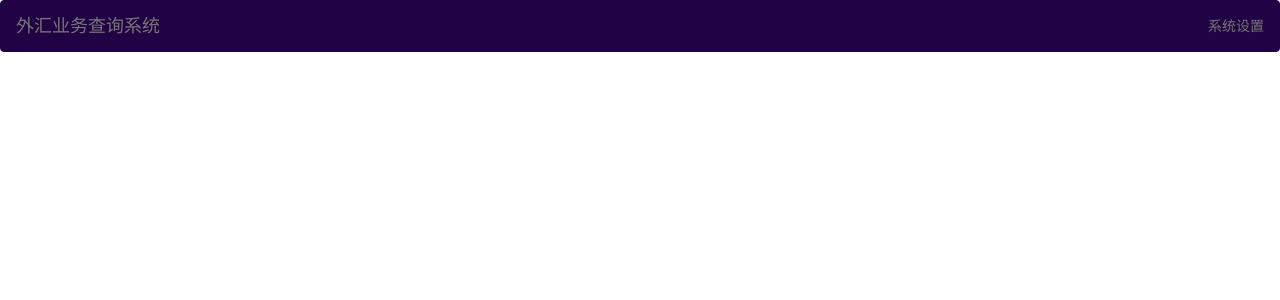
Repository: xyj4421/BG_demo
Page: BG_demo2/WebRoot/index2.html
These files come from the project's save history. The page is drawn as it stood at one moment and after the next save; the edit follows.
The browser window is 1280 px wide. The pictures show the whole page.

Above is the page before, as saved 2015-10-23 03:13:27.

After the next save:
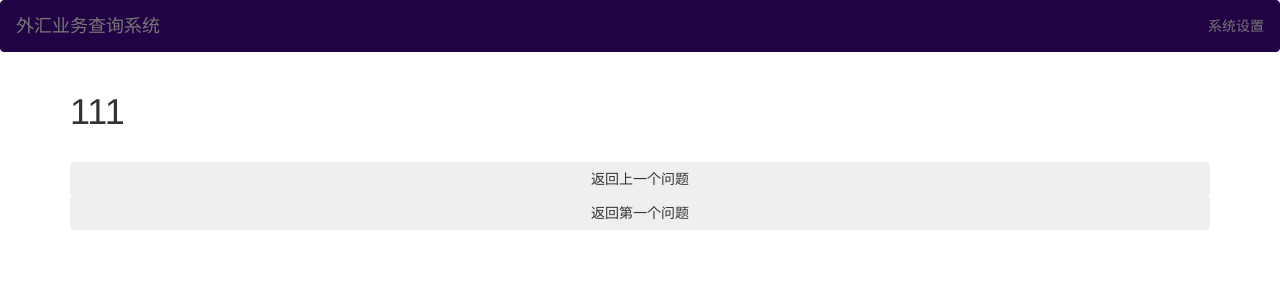
Saved 57 s later.
--- a/BG_demo2/WebRoot/index2.html
+++ b/BG_demo2/WebRoot/index2.html
@@ -79,10 +79,10 @@
 				<div class="span3">
 				</div>
 				<div class="span6">
-					<h1></h1>
+					<h1>111</h1>
 					<table class="table">
 					</table>
-					<!--
+
 					<div class="row-fluid">
 						<div class="span6">
 							 <button class="btn btn-block" type="button">返回上一个问题</button>
@@ -91,7 +91,7 @@
 							 <button class="btn btn-block" type="button">返回第一个问题</button>
 						</div>
 					</div>
-					 -->
+
 				</div>
 				<div class="span3">
 				</div>
